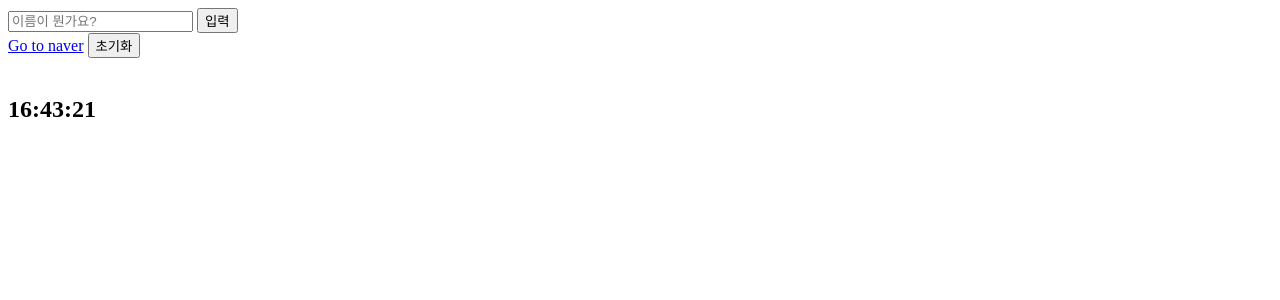
Repository: jun01270/F-E-practice
Page: index.html
An editor plug-in stored every save of this project. The page is shown before and after the next save, followed by the edit.
The browser window is 1280 px wide. The pictures show the whole page.

Above is the page before, as saved 2022-12-22 18:00:28.

After the next save:
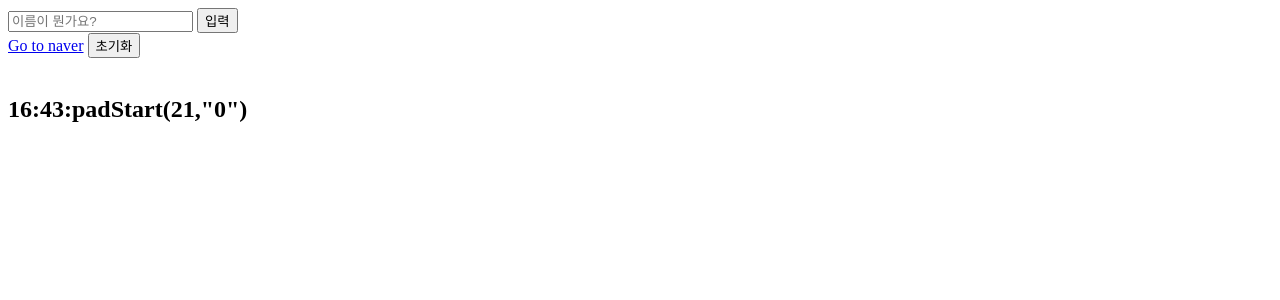
Saved 2 min 4 s later.
--- a/js/clock.js
+++ b/js/clock.js
@@ -3,7 +3,7 @@ const clock = document.querySelector("h2#clock");
 function getClock() {
   const date = new Date();
   console.log(`${date.getHours()}:${date.getMinutes()}:${date.getSeconds()}`);
-  clock.innerText = `${date.getHours()}:${date.getMinutes()}:${date.getSeconds()}`;
+  clock.innerText = `${date.getHours()}:${date.getMinutes()}:padStart(${date.getSeconds()},"0")`;
 }
 
 getClock();
